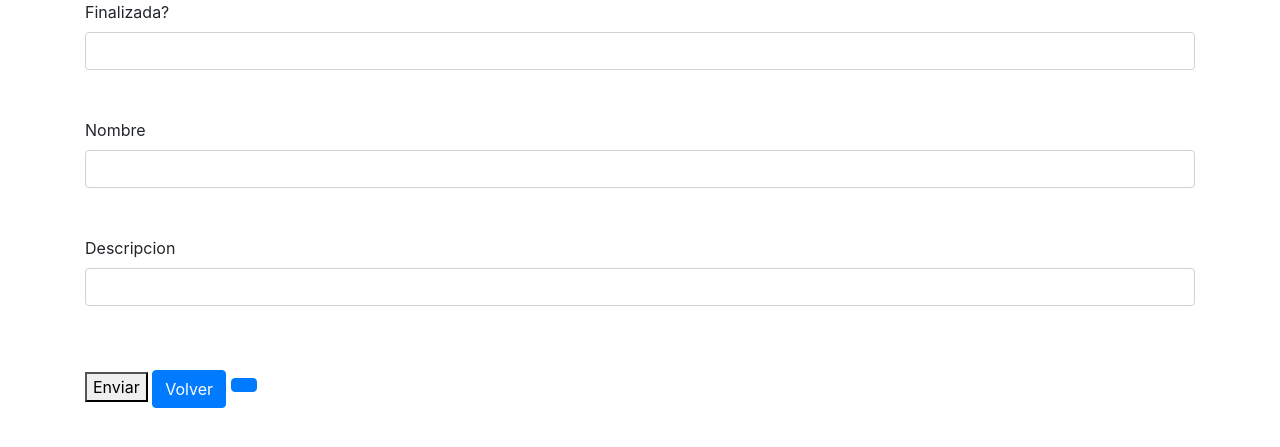
Repository: Alemartinez97/New-Repository
Page: programacion-3/tp4/tareas/formulario/form.html
These files come from the project's save history. The page is drawn as it stood at one moment and after the next save; the edit follows.
The browser window is 1280 px wide. The pictures show the whole page.

Above is the page before, as saved 2020-06-11 15:15:21.
Not found: programacion-3/tp4/tareas/formulario/main.js

### programacion-3/tp4/tareas/formulario/form.html

<!DOCTYPE html>
<html>

<head>
    <meta charset="utf-8" />
    <meta http-equiv="X-UA-Compatible" content="IE=edge">
    <title>Page Title</title>
    <meta name="viewport" content="width=device-width, initial-scale=1">
    <link rel="stylesheet" href="https://stackpath.bootstrapcdn.com/bootstrap/4.5.0/css/bootstrap.min.css" integrity="sha384-9aIt2nRpC12Uk9gS9baDl411NQApFmC26EwAOH8WgZl5MYYxFfc+NcPb1dKGj7Sk" crossorigin="anonymous">
    <script src="main.js"></script>
</head>

<body>
    <div class="container">
        <form class="form-group">
            <label for="" >Finalizada?</label>
            <input type="text" id="estado" class="form-control"  aria-describedby="emailHelp" required><br>
        </br>
            <label for="">Nombre</label>
            <input type="text" id="nombre" class="form-control"  aria-describedby="emailHelp" required><br>
        </br>
            <label for="">Descripcion</label>
            <input type="text" id="descripcion" class="form-control"  aria-describedby="emailHelp" required><br>
        </br>
            </button>
        </form>

        <button onclick="enviarDatos()">Enviar</button>
        <a href="../lista.html" class="btn btn-primary">Volver</a>
        <h3 id="resultado" class="btn btn-primary"></h3>
    </div>

    <script src="./js/tp3.js"></script>
</body>

</html>

### programacion-3/tp3/js/tp3.js
function enviarDatos() {


    let codigo = document.getElementById("codigo").value;
    let nombre = document.getElementById("nombre").value;
    let marca = document.getElementById("marca").value;
    let precio= document.getElementById("precio").value;

    let request = { codigo: codigo, nombre: nombre, marca: marca,precio: precio };

        document.getElementById("resultado").innerHTML = JSON.stringify(request);
        console.log("Detalle Producto: ",request)

        setTimeout(function() {
            document.getElementById("resultado").innerHTML = JSON.stringify(request) + "... Enviada exitosamente";
        }, 3000);
    }

After the next save:
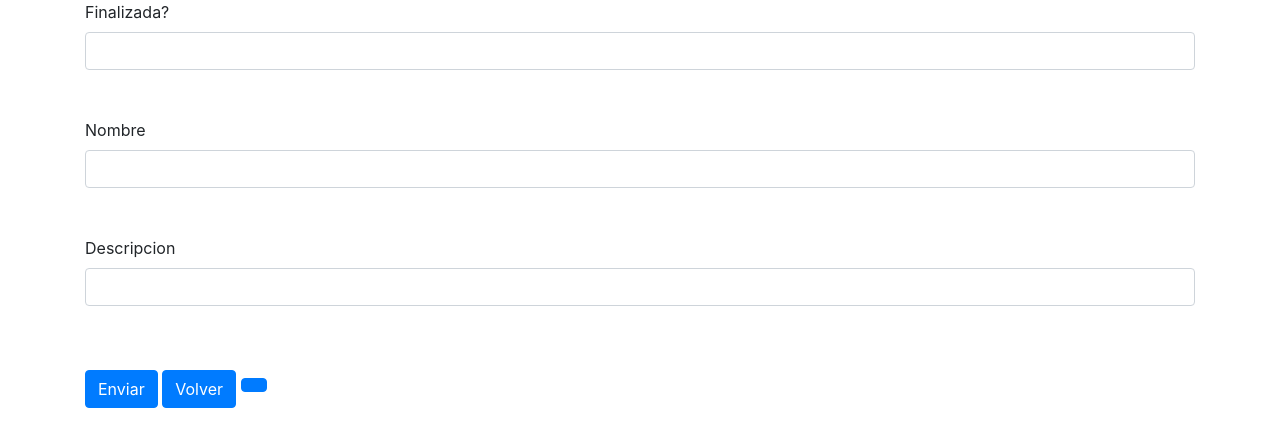
Saved 23 s later.
--- a/programacion-3/tp4/tareas/formulario/form.html
+++ b/programacion-3/tp4/tareas/formulario/form.html
@@ -23,10 +23,9 @@
             <label for="">Descripcion</label>
             <input type="text" id="descripcion" class="form-control"  aria-describedby="emailHelp" required><br>
         </br>
-            </button>
         </form>
 
-        <button onclick="enviarDatos()">Enviar</button>
+        <button onclick="enviarDatos()" class="btn btn-primary">Enviar</button>
         <a href="../lista.html" class="btn btn-primary">Volver</a>
         <h3 id="resultado" class="btn btn-primary"></h3>
     </div>
